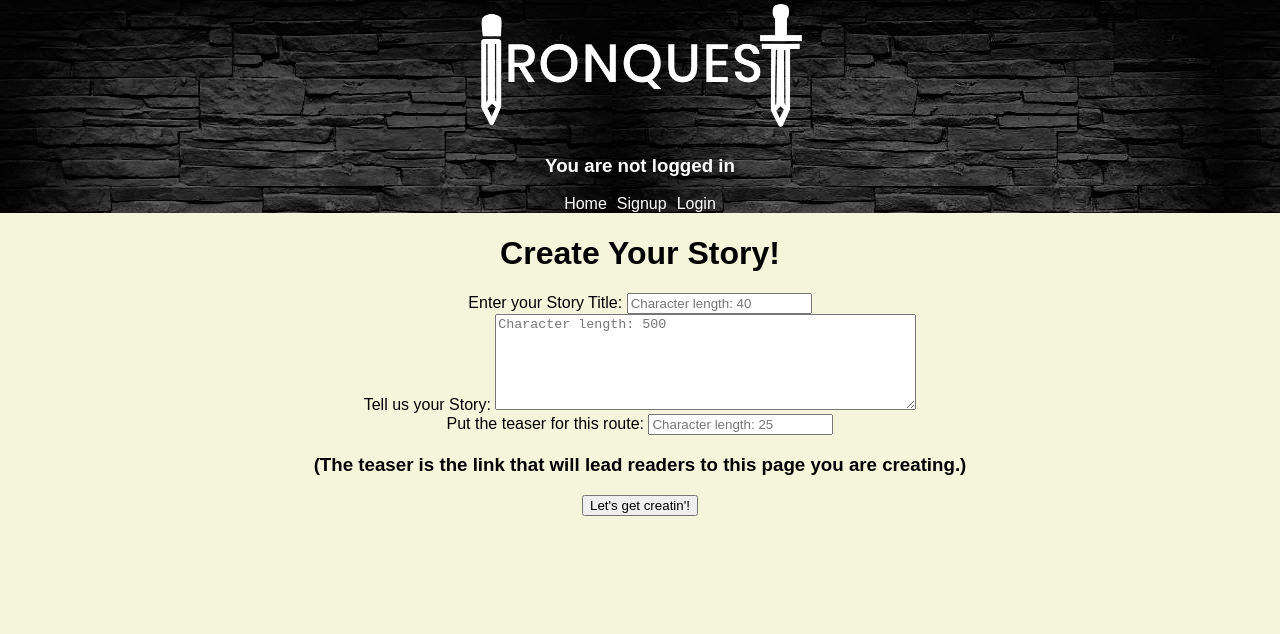
Repository: MikeTroianello/project4
Page: /createstory (app in client/)
An editor plug-in stored every save of this project. The page is shown before and after the next save, followed by the edit.
The browser window is 1280 px wide. The pictures show the whole page.
The project was rebuilt for these pictures with package versions that can differ from the ones it lists, and the page was loaded fresh each time. Also part of the build but not shown: client/src/components/pages/StoryPage.jsx, client/src/components/pages/ReadStory.jsx, client/src/components/pages/Home.jsx, client/src/components/pages/Login.jsx, client/src/components/pages/Signup.jsx, client/src/components/pages/Profile.jsx.

Above is the page before, as saved 2019-03-22 12:10:11.

After the next save:
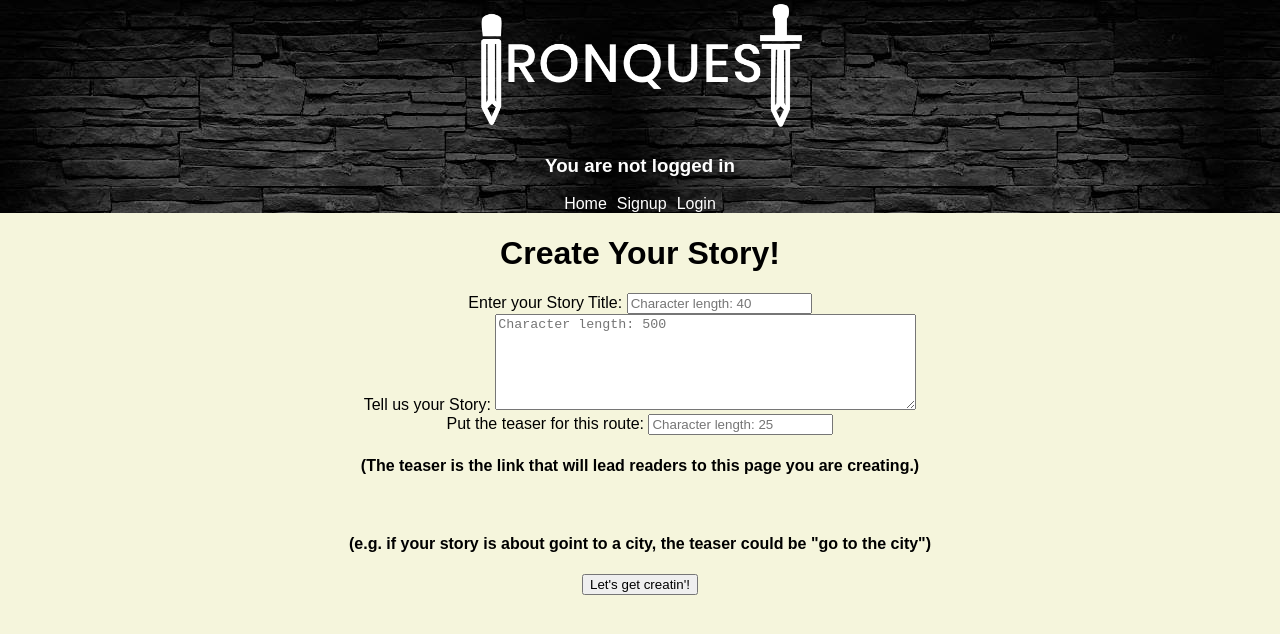
Saved 71 s later.
--- a/client/src/components/pages/CreateStory.jsx
+++ b/client/src/components/pages/CreateStory.jsx
@@ -72,7 +72,8 @@
             placeholder="Character length: 25"
             onChange={this.handleInputChange}
             /> <br></br>
-            <h3>(The teaser is the link that will lead readers to this page you are creating.)</h3>
+            <h4>(The teaser is the link that will lead readers to this page you are creating.)</h4><br></br>
+            <h4>(e.g. if your story is about goint to a city, the teaser could be "go to the city")</h4>
           {/* <button onClick={(e) => this.handleClick}>Let's get creatin'!</button> */}
           <button>Let's get creatin'!</button>
 
